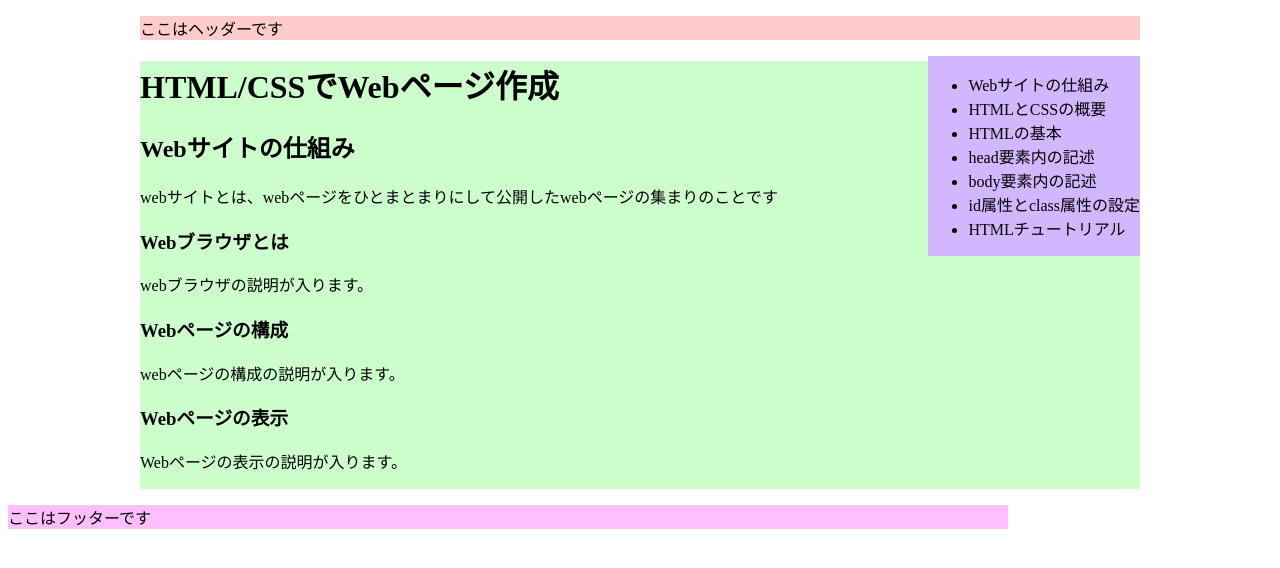
Repository: tak-hs/first-git
Page: kadai-html.html
The author's editor kept a record of every edit. The page is drawn from the files as they stood at one moment, then again after the next edit.
The browser window is 1280 px wide. The pictures show the whole page.

Above is the page before.

After the next edit:
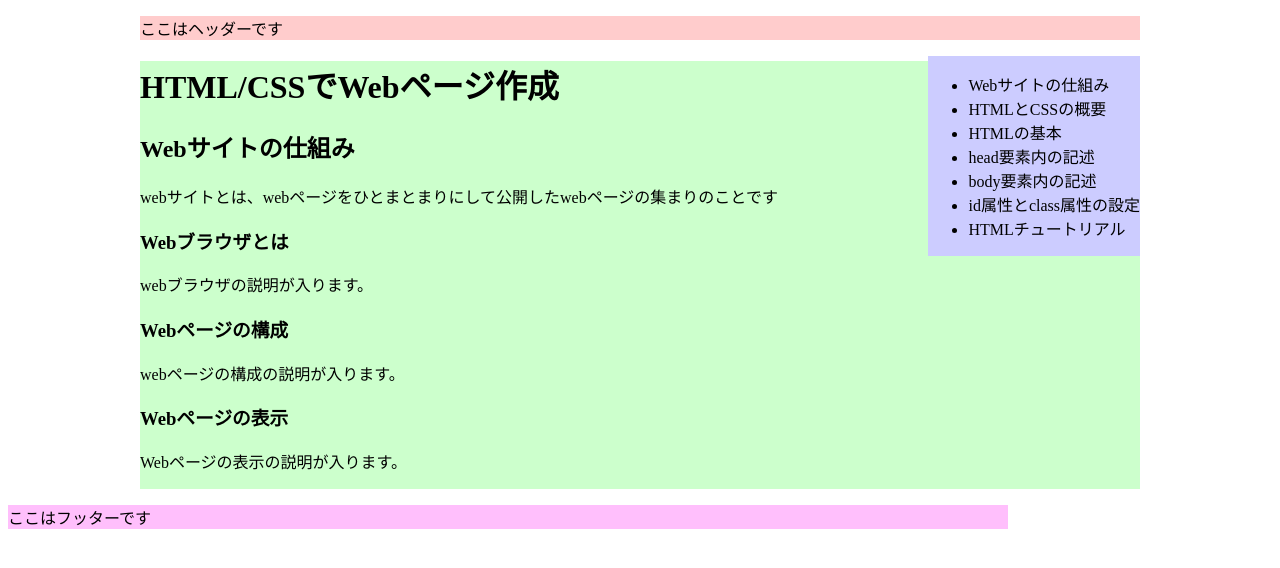
The edit:
--- a/kadai-css.css
+++ b/kadai-css.css
@@ -13,7 +13,7 @@
 #global_navi{
     float:right;
     margin:0 auto;
-    background-color:#d2b7ff;
+    background-color:#ccccff;
 }
 
 #wrapper{
